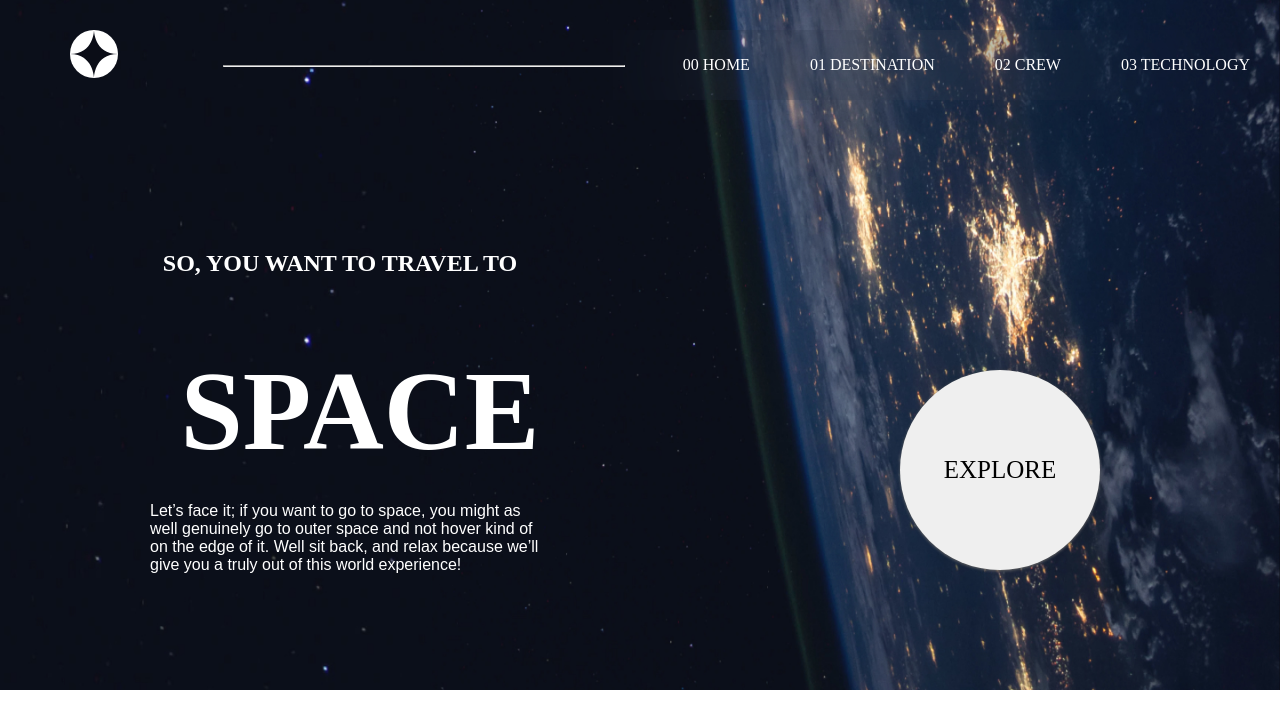
Repository: batonAnton/space_tourism
Page: crew.html
The author's editor kept a copy of each file at every save. The page is drawn from the files as they stood at one save, then again after the next save.
The browser window is 1280 px wide. The pictures show the whole page.
Some web fonts or font styles are not loaded; a fallback is used.

Above is the page before, as saved 2022-05-20 14:46:25.

### crew.html
<!DOCTYPE html>
<html lang="en">
<head>
    <meta charset="UTF-8">
    <meta http-equiv="X-UA-Compatible" content="IE=edge">
    <meta name="viewport" content="width=device-width, initial-scale=1.0">
    <title>Space Tourism</title>
    <link rel="stylesheet" href="css/style.css">
    <!-- <link rel="stylesheet" href="css/style2 .css"> -->
    <link rel="preconnect" href="https://fonts.googleapis.com">
    <link rel="preconnect" href="https://fonts.gstatic.com" crossorigin>
    <link href="https://fonts.googleapis.com/css2?family=Bellefair&family=Merriweather&display=swap" rel="stylesheet">

    <link rel="preconnect" href="https://fonts.gstatic.com" crossorigin>
    <link href="https://fonts.googleapis.com/css2?family=Bellefair&family=Merriweather&display=swap" rel="stylesheet">
    <link rel="preconnect" href="https://fonts.googleapis.com">
    <link rel="preconnect" href="https://fonts.gstatic.com" crossorigin>
    <link href="https://fonts.googleapis.com/css2?family=Barlow+Condensed:wght@300&family=Bellefair&family=Merriweather&display=swap" rel="stylesheet">
</head>
<body>

    <div id="home" class="bg">
        <div class="top-container">
            <div class="logo_img">
                <img src="/images/Icon.svg" alt="logo">

            </div>


            <div class="nav">

                <hr>
                    <ol>

                        <li><a href="/index.html">00  home</a></li>
                        <li><a href="/destination.html">01  destination</a></li>
                        <li><a href="/crew.html">02  crew</a></li>
                        <li><a href="">03  technology</a></li>

                    </ol>

            </div>
        </div>

        <div class="middle_container">

            <div class="get-info">
                <h2>so, you want to travel to</h2>
                <h1>space</h1>
                <p>Let’s face it; if you want to go to space, you might as well genuinely go to outer space and not hover kind of on the edge of it. Well sit back, and relax because we’ll give you a truly out of this world experience!</p>
            </div>

            <div class="btn_block">
                <button class="btn">explore</button>
            </div>
        </div>

    </div>
</body>
</html>

### css/style.css
body {
  /* height: 900px; */
  margin: 0;
}

.bg {
  background-image: url(/images/back_Bitmap.jpg);
  height: 100%;
  background-position: center;
  background-repeat: no-repeat;
  background-size: cover;
}

.top-container {
  /* display: inline-block; */
  padding: 30px 0px 50px 70px;
  /* width: 100%; */
}

.logo_img {
  /* width: 555px; */
  float: left;
}

hr {
  width: 400px;
  position: absolute;
  margin: 25px 0px 100px -390px;
}

.nav {
  /* width: 60%; */
  /* margin-left: 408px; */
  position: relative;
  float: right;
  clear: none;
  /* border: 1px solid #979797; */
  padding: 10px 0px 10px 0px;
  backdrop-filter: blur(85px);
  text-transform: uppercase;
}
.nav a {
  text-decoration: none;
}


li {
  color: #ffffff;
}

.nav a {
  color: #ffffff;
  font-family: "Bellefair", serif;
  /* font-family: "Merriweather", serif; */
}
a:after {
  background: none repeat scroll 0 0 transparent;
  bottom: 0;
  content: "";
  display: block;
  height: 2px;
  left: 20%;
  position: absolute;
  background: #fff;
  transition: width 0.3s ease 0s, left 0.3s ease 0s;
  width: 0;
  margin-bottom: -25px;
  text-align: center;
}
a:hover:after {
  width: 90%;
  left: 0;
}

ol {
  /* margin: 150px auto 0; */
  /* padding: 0; */
  /* list-style: none; */
  display: table;
  /* width: 600px; */
  text-align: center;
}
li {
  display: table-cell;
  position: relative;
  padding: 0px 30px;
}



li {
  /* padding: 0px 60px 0px 0px; */
  color: #ffffff;
}

.nav a {
  color: #ffffff;
  font-family: "Bellefair", serif;
  /* font-family: "Merriweather", serif; */
}

/* middle-container property */
.middle_container {
  display: inline-flex;
}

.get-info {
  margin: 130px 100px 100px 150px;
}

h1,
h2,
p {
  color: #ffffff;
}

h1,
h2 {
  text-align: center;
  width: 380px;
  text-transform: uppercase;
  font-family: "Bellefair", serif;
}

h1 {
  font-size: 7rem;
  height: 80px;
  padding-left: 20px;
  margin-top: 70px;
}

p {
  width: 400px;
  text-align: left;
  font-family: "Barlow Condensed", sans-serif;
}

.btn_block {
  /* padding: 300px 0px 0px 300px; */
  margin: 270px 0px 0px 250px;
}

.btn {
  background: ffffff;
  background-image: -webkit-linear-gradient(top, ffffff, #2980b9);
  background-image: -moz-linear-gradient(top, ffffff, #2980b9);
  background-image: -ms-linear-gradient(top, ffffff, #2980b9);
  background-image: -o-linear-gradient(top, ffffff, #2980b9);
  background-image: linear-gradient(to bottom, ffffff, #2980b9);
  -webkit-border-radius: 100;
  -moz-border-radius: 100;
  border-radius: 200px;
  -webkit-box-shadow: 0px 1px 3px #666666;
  -moz-box-shadow: 0px 1px 3px #666666;
  box-shadow: 0px 1px 3px #666666;
  font-family: "Bellefair", serif;
  /* font-family: "Merriweather", serif;
  color: #0b0d17; */
  font-size: 25px;
  padding: 45px 40px 45px 40px;
  border: solid #1f628d 0px;
  text-decoration: none;
  /* float: right; */
  height: 200px;
  width: 200px;
  text-transform: uppercase;
}

.btn:hover {
  background: #979797;
  /* background-image: -webkit-linear-gradient(top, #97979, #3498db);
  background-image: -moz-linear-gradient(top, #3cb0fd, #3498db);
  background-image: -ms-linear-gradient(top, #3cb0fd, #3498db);
  background-image: -o-linear-gradient(top, #3cb0fd, #3498db);
  background-image: linear-gradient(to bottom, #3cb0fd, #3498db); */
  text-decoration: none;
  box-shadow: -5px 20px 20px 20px#666666;
  /* border-width: 100px; */
}

After the next save:
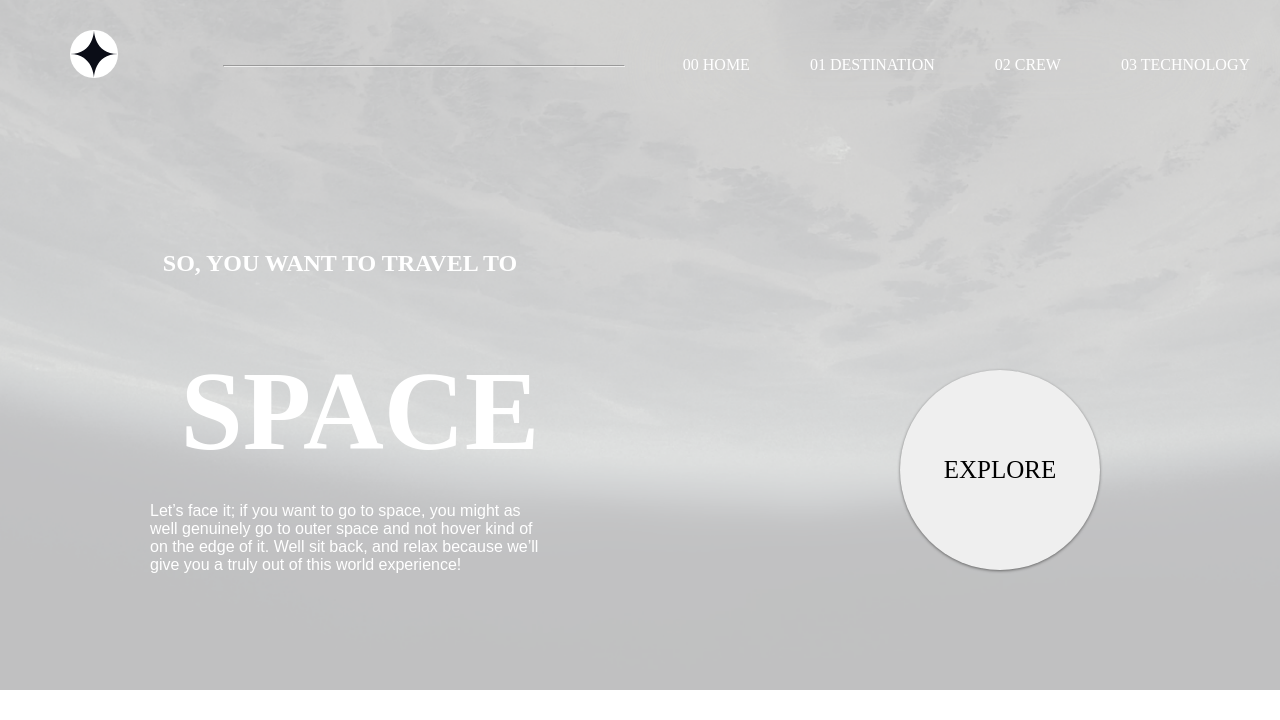
Saved 2 min 50 s later.
--- a/css/style.css
+++ b/css/style.css
@@ -4,7 +4,7 @@ body {
 }
 
 .bg {
-  background-image: url(/images/back_Bitmap.jpg);
+  background-image: url(/images/crew/bg.png);
   height: 100%;
   background-position: center;
   background-repeat: no-repeat;
